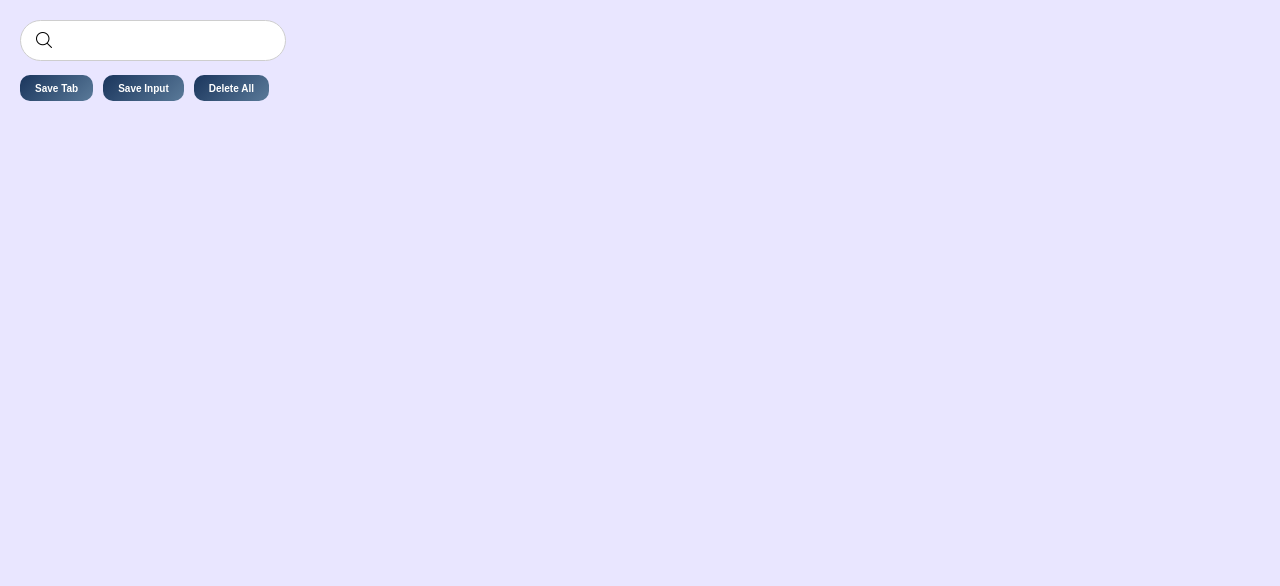
Repository: IdowuMicheal-1/Text-Tab-Organizer
Page: popup.html
These files come from the project's save history. The page is drawn as it stood at one moment and after the next save; the edit follows.
The browser window is 1280 px wide. The pictures show the whole page.

Above is the page before, as saved 2025-05-14 14:31:03.
Console error: SyntaxError: Unexpected token '<'

### popup.html
<!DOCTYPE html>
<html lang="en">
  <head>
    <meta charset="UTF-8" />
    <meta name="viewport" content="width=device-width, initial-scale=1.0" />
    <link rel="stylesheet" href="./popup.css" />
    <title>Tabs</title>
  </head>
  <body>
    <div class="top-div">
      <div class="input-div">
        <input type="text" class="text-ipt" />
        <img src="./assets/search.png" class="search-icon" />
      </div>
      <div>
        <div class="btn-div">
          <button class="tabs-btn">Save Tab</button>
          <button class="tabs-btn">Save Input</button>
          <button class="tabs-btn">Delete All</button>
        </div>
      </div>
      <ul id="content-list"></ul>
    </div>
    <script src="./popup.js"></script>
  </body>
</html>

### popup.css
*,
::before,
::after {
  margin: 0;
  padding: 0;
}

body {
  width: 300px;
  height: 100px;
  min-height: 100px;
  background-color: #e9e6ff;
}

*::-webkit-scrollbar {
  display: none;
}

* {
  -ms-overflow-style: none;
  scrollbar-width: none;
}

.top-div {
  width: 100%;
  padding: 20px;
}

.input-div {
  position: relative;
  width: 100%;
}

.search-icon {
  position: absolute;
  top: 12px;
  left: 16px;
  width: 16px;
  height: 16px;
  color: #cecece;
  filter: brightness(20%);
}

.text-ipt {
  width: 220px;
  border-radius: 24px;
  padding: 12px 8px;
  border: 1px solid #cecece;
  padding-left: 36px;
  color: #303030;
}
.save {
  font-size: 14px;
  font-weight: 500;
  color: #13294d;
  margin: 0;
}

.btn-div {
  display: flex;
  align-items: center;
  gap: 10px;
  margin-top: 16px;
}

.tabs-btn {
  background: linear-gradient(
    135deg,
    #13294d,
    #4f6d92
  ); /* Choose the one you prefer */
  color: white;
  padding: 0.75em 1.5em;
  border: none;
  border-radius: 10px;
  font-weight: 600;
  cursor: pointer;
  transition: background 0.3s ease, transform 0.2s ease;
  font-size: 10px;
  text-wrap: nowrap;
}

.tabs-btn {
  background: linear-gradient(
    135deg,
    #1a355c,
    #5a7a99
  ); /* slightly lighter on hover */
  transform: translateY(-2px);
}

.content-card {
  background: white;
  border-radius: 12px;
  padding: 1.5rem;
  box-shadow: 0 4px 12px rgba(0, 0, 0, 0.06);
  max-width: 600px;
  margin: 1rem auto;
  color: #13294d;
  font-family: "Segoe UI", sans-serif;
  line-height: 1.6;
}

.div-content {
  margin-top: 20px;
  list-style: none;
}

.date-read {
  font-size: 0.7rem;
  color: #6b7a90;
  margin-bottom: 0;
  font-weight: 500;
}

.content-text {
  margin-bottom: 0rem;
  text-wrap: wrap;
  width: 250px;
  margin-top: 0.2rem;
}

.content-card > a {
  color: #1a4fff;
  text-decoration: none;
  font-weight: 500;
}

.content-card > a:hover {
  text-decoration: underline;
}

#content-list {
  padding-left: 0px;
}

### popup.js
const listContent = document.getElementById("content-list");

const ITEMS = [
    {
        "date":"Nov 20 - 12:27PM",
        "content":"Lorem, ipsum dolor sit amet consectetur adipisicing elit. Culpa",
        "link":"#"
    },
    {
        "date":"Nov 20 - 12:27PM",
        "content":"Lorem, ipsum dolor sit amet consectetur adipisicing elit. Culpa",
        "link":"#"
    },
    {
        "date":"Nov 20 - 12:27PM",
        "content":"Lorem, ipsum dolor sit amet consectetur adipisicing elit. Culpa",
        "link":"#"
    },
    {
        "date":"Nov 20 - 12:27PM",
        "content":"Lorem, ipsum dolor sit amet consectetur adipisicing elit. Culpa",
        "link":"#"
    },
    {
        "date":"Nov 20 - 12:27PM",
        "content":"Lorem, ipsum dolor sit amet consectetur adipisicing elit. Culpa",
        "link":"#"
    }
]

// const items = Array.from({ length: 5 });
ITEMS.map((items, index) => {
  const li = document.createElement("li");
  li.className = "div-content";
  li.innerHTML = `${

          <div class="date-read">Nov 20 - 12:27PM</div>
          <p class="content-text">
            Lorem, ipsum dolor sit amet consectetur adipisicing elit. Culpa
          </p>
          <p><a href="#">Link to site</a></p>
       }`;
    listContent.appendChild(li);
});

After the next save:
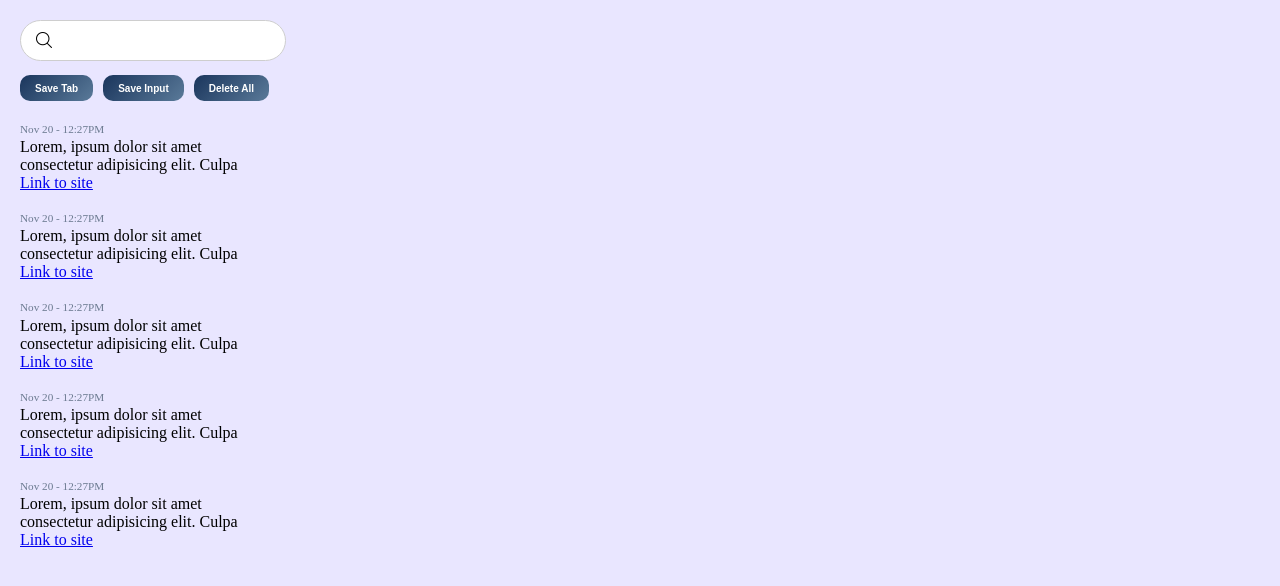
The error is gone.
Saved 105 s later.
--- a/popup.js
+++ b/popup.js
@@ -32,13 +32,13 @@ const ITEMS = [
 ITEMS.map((items, index) => {
   const li = document.createElement("li");
   li.className = "div-content";
-  li.innerHTML = `${
+  li.innerHTML = `${`
 
           <div class="date-read">Nov 20 - 12:27PM</div>
           <p class="content-text">
             Lorem, ipsum dolor sit amet consectetur adipisicing elit. Culpa
           </p>
           <p><a href="#">Link to site</a></p>
-       }`;
+       `}`;
     listContent.appendChild(li);
 });
